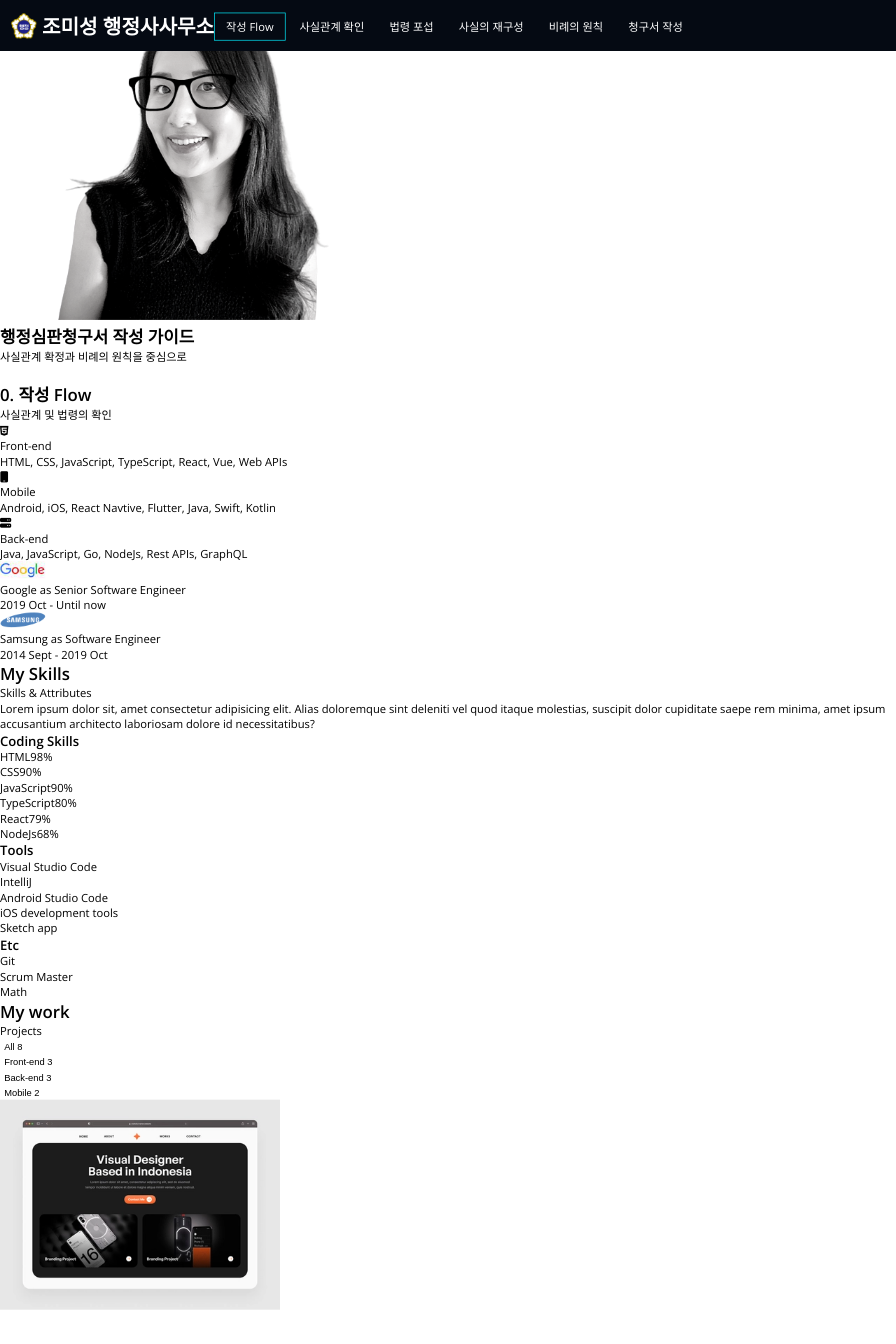
Repository: eggmoon/eggmoon_new
Page: index.html
These files come from the project's save history. The page is drawn as it stood at one moment and after a run of saves; the edit follows.
The browser window is 1280 px wide. The pictures show the part of the page from y = 0 to 1920 px (the page is 5548 px tall), at 70% of full size.
Some web libraries are served in a nearby version.

Above is the page before, as saved 2025-02-26 10:34:32.

After the next 4 saves:
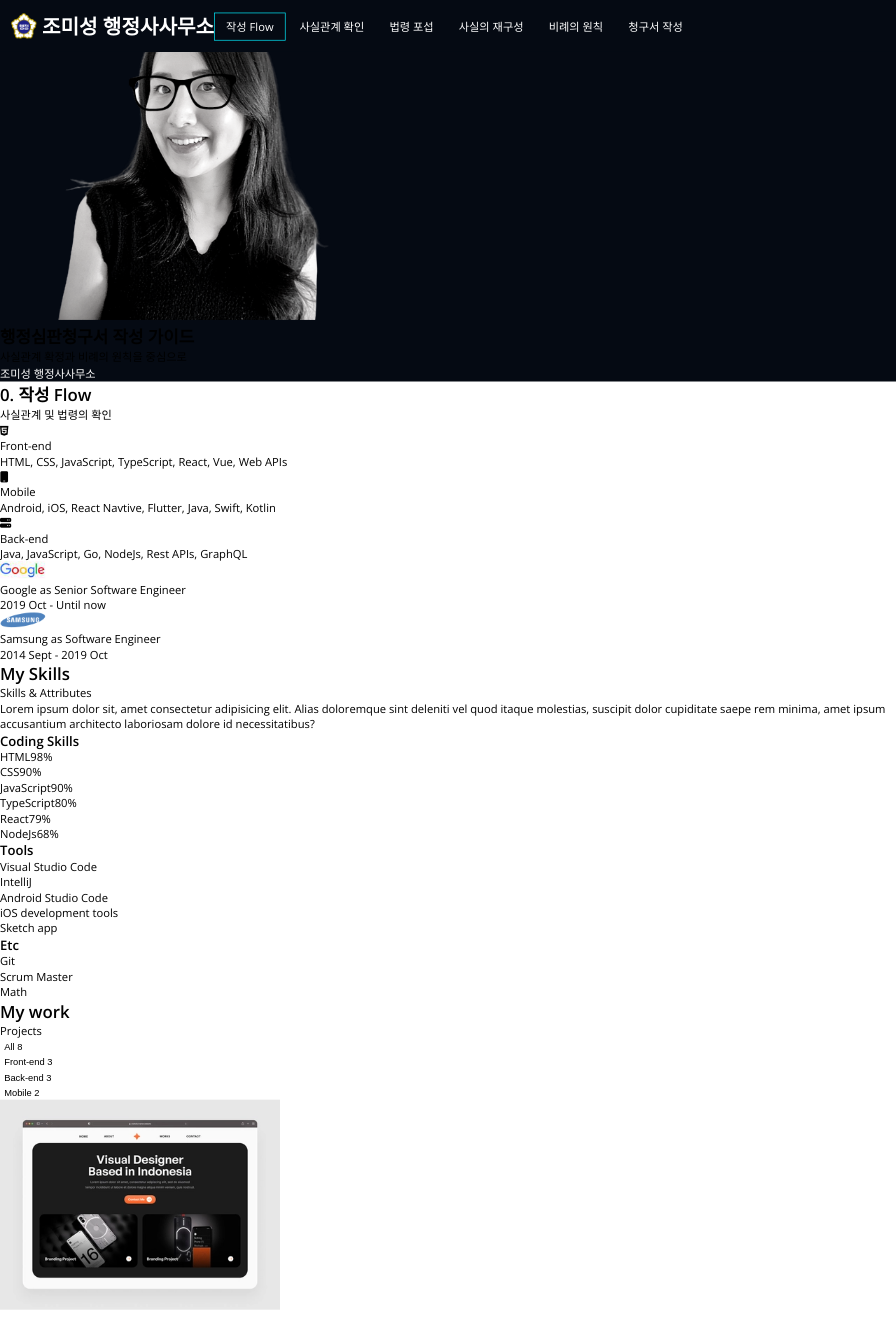
The 4 saves are shown as one change because they came seconds apart.
The last was saved 14 s later.
--- a/css/style.css
+++ b/css/style.css
@@ -85,7 +85,7 @@
 }
 /* Home */
 #home{
-
+  background-color: var(--color-primary)
 }
 .home__title{
 
